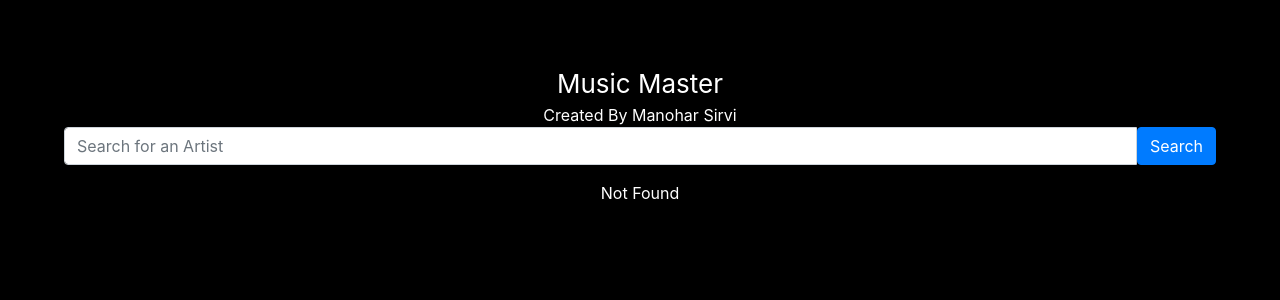
Repository: the-manohar/music
Page: /
An editor plug-in stored every save of this project. The page is shown before and after the next save, followed by the edit.
The browser window is 1280 px wide. The pictures show the whole page.
The project was rebuilt for these pictures with package versions that can differ from the ones it lists, and the page was loaded fresh each time. Also part of the build but not shown: src/Profile.js, src/Gallery.js.

Above is the page before, as saved 2020-07-19 16:42:34.

After the next save:
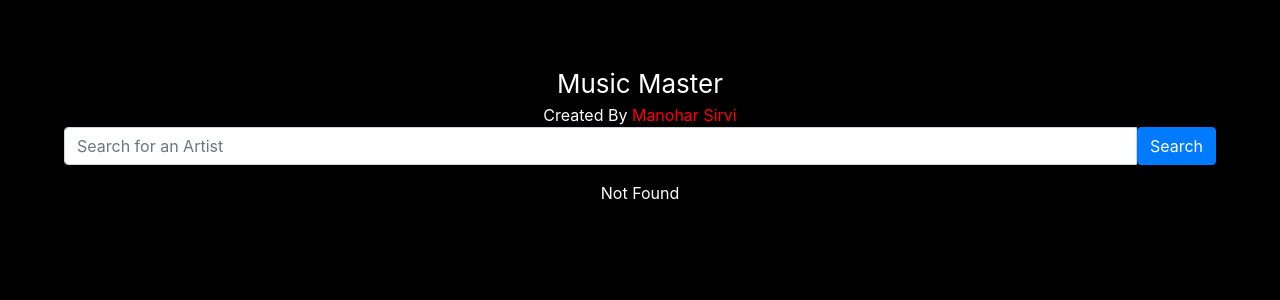
Saved 39 s later.
--- a/src/App.js
+++ b/src/App.js
@@ -49,7 +49,9 @@ class App extends Component {
     return (
       <div className="App">
         <div className="App-title">Music Master</div>
-        <div className="App-name">Created By Manohar Sirvi</div>
+        <div>
+          Created By <span style={{ color: "red" }}>Manohar Sirvi</span>
+        </div>
 
         <FormGroup>
           <InputGroup>
